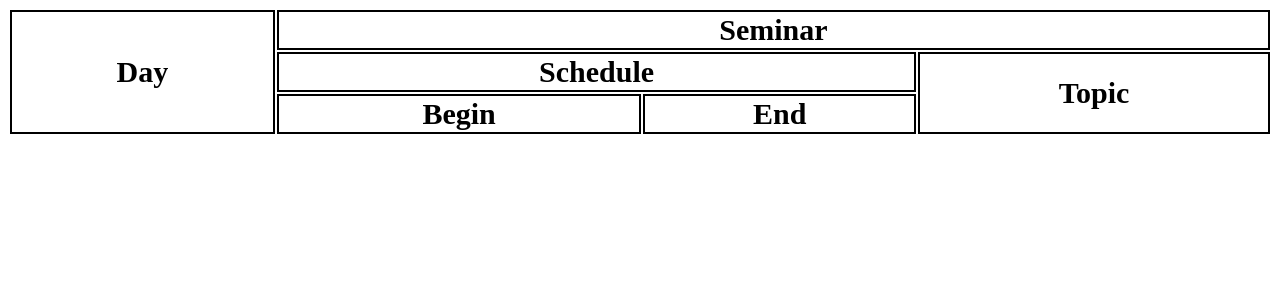
Repository: pratixa-chauhan/practice
Page: schedule.html
These files come from the project's save history. The page is drawn as it stood at one moment and after the next save; the edit follows.
The browser window is 1280 px wide. The pictures show the whole page.

Above is the page before, as saved 2021-12-20 14:24:03.

After the next save:
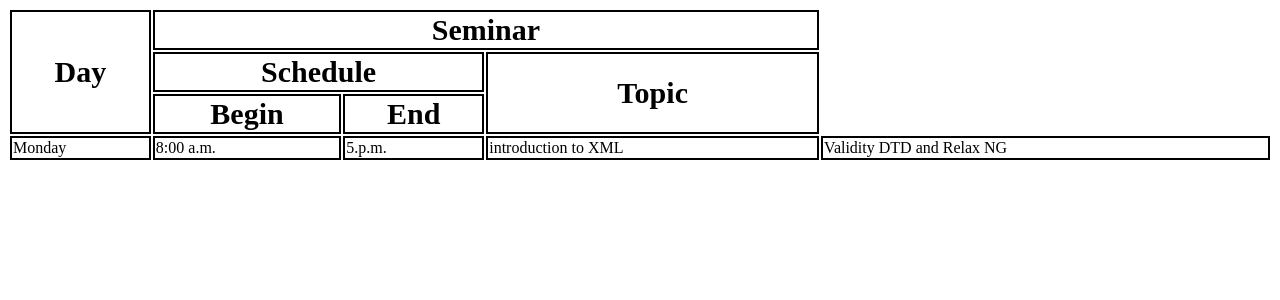
Saved 6 min 41 s later.
--- a/schedule.html
+++ b/schedule.html
@@ -29,6 +29,11 @@
 
 
             </th>
+            <td rowspan="2">Monday</td>
+            <td rowspan="2">8:00 a.m.</td>
+            <td rowspan="2">5.p.m.</td>
+            <td>introduction to XML</td>
+            <td>Validity DTD and Relax NG</td>
 
         </table>
     </body>
